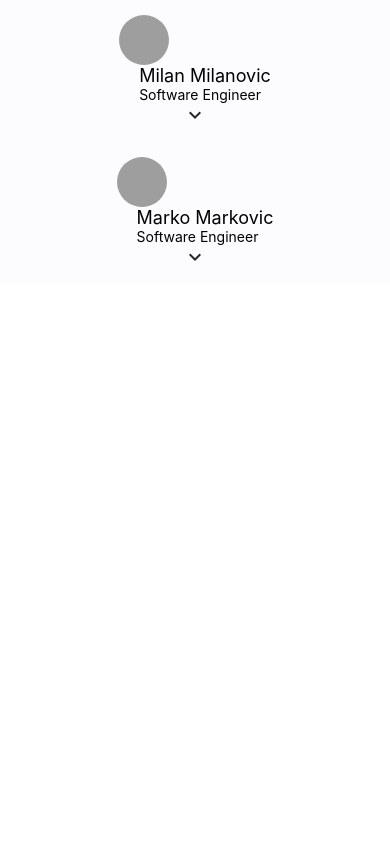
Repository: likanbl/intern-feature
Screen: /
An editor plug-in stored every save of this project. The screen is shown before and after the next save, followed by the edit.
Pictures or frames that could not be fetched are drawn as grey boxes. The app was drawn by React Native's web renderer in a window 390 px wide. The project was rebuilt for these pictures with package versions that can differ from the ones it lists, and the page was loaded fresh each time.

Above is the screen before, as saved 2019-09-16 14:32:48.

### App.js
import React, {Component} from 'react';

import InternScreen from './src/components/intern-feature/InternScreen';

export default class App extends Component {
  render() {
    return <InternScreen></InternScreen>;
  }
}

### src/components/intern-feature/InternScreen.js
import React, {Component} from 'react';
import {View, FlatList, Text, StyleSheet} from 'react-native';
import Data from './InternData';
import {InternItems} from './InternItems';

export default class InterScreen extends Component {
  renderItem = ({item}) => <InternItems item={item} />;

  render() {
    return (
      <View>
        <FlatList
          data={Data}
          renderItem={this.renderItem}
          keyExtractor={Data.id}
        />
      </View>
    );
  }
}

### src/components/intern-feature/InternData.js
export default [
  {
    Name: 'Milan Milanovic',
    role: 'Software Engineer',
    additionalInfo:
      'Lorem ipsum dolor sit amet, consectetur adipiscing elit, sed do eiusmod tempor incididunt ut labore et dolore magna aliqua.',
  },

  {
    Name: 'Marko Markovic',
    role: 'Software Engineer',
    additionalInfo:
      'Lorem ipsum dolor sit amet, consectetur adipiscing elit, sed do eiusmod tempor incididunt ut labore et dolore magna aliqua.',
  },
];

### src/components/intern-feature/InternItems.js
import React, {Component, useState} from 'react';
import {View, Text, Image, TouchableWithoutFeedback} from 'react-native';
import PropTypes from 'prop-types';
import {images} from '../../assets/images';
import {Avatar, Icon} from 'react-native-elements';
import styles from './styles';

const propTypes = {
  item: PropTypes.object,
};

export function InternItems(props) {
  const [isOpen, setIsOpen] = useState(false);

  return (
    <View style={styles.card}>
      <View style={styles.cardContainer}>
        <TouchableWithoutFeedback
          onPress={() => {
            setIsOpen(!isOpen);
          }}>
          <View style={styles.titleContainer}>
            <View style={styles.avatarView}>
              <Avatar
                size="medium"
                rounded
                source={{
                  uri:
                    'https://s3.amazonaws.com/uifaces/faces/twitter/ladylexy/128.jpg',
                }}
              />
            </View>
            <View style={styles.titleView}>
              <Text style={styles.title}>{props.item.Name}</Text>
              <Text style={styles.role}>{props.item.role}</Text>
              <Text style={styles.role}>{props.item.skills}</Text>
            </View>
            <Icon name={isOpen ? 'keyboard-arrow-up' : 'keyboard-arrow-down'} />
          </View>
        </TouchableWithoutFeedback>
        {isOpen && (
          <View style={styles.titleContainer}>
            <Text style={styles.description}>{props.item.additionalInfo}</Text>
          </View>
        )}
      </View>
    </View>
  );
}

InternItems.propTypes = propTypes;

### src/assets/images.js
export const images = {
  expand: require('../../resources/expand.png'),
  close: require('../../resources/close.png'),
};

### src/components/intern-feature/styles.js
import {StyleSheet} from 'react-native';

export default StyleSheet.create({
  card: {
    flex: 1,
    padding: 15,
    backgroundColor: '#FCFCFF',
  },
  cardContainer: {
    flex: 1,
    flexDirection: 'column',
    elevation: 1,
    borderRadius: 5,
    backfaceVisibility: 'hidden',
    backgroundColor: 'white',

    padding: 15,
  },
  avatarView: {
    flex: 1,
    alignItems: 'flex-start',
    justifyContent: 'center',
  },
  titleView: {
    flex: 2,
    alignItems: 'flex-start',
    justifyContent: 'center',
    marginLeft: 20,
  },

  cardContainer: {
    flexDirection: 'row',
    justifyContent: 'space-around',
    alignItems: 'center',
  },
  title: {
    flex: 1,
    fontSize: 18,
  },
  role: {
    flex: 1,
    fontSize: 14,
  },
  description: {
    flex: 1,
    fontSize: 22,
    color: 'gray',
    paddingTop: 10,
  },
  image: {
    width: 20,
    height: 20,
  },
});

After the next save:
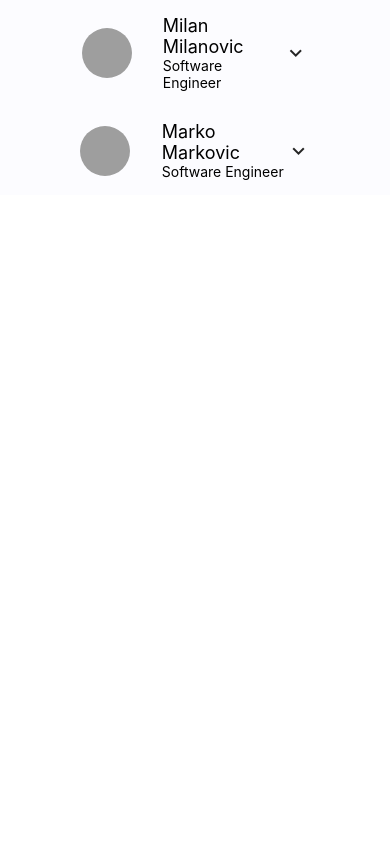
Saved 12 s later.
--- a/src/components/intern-feature/InternItems.js
+++ b/src/components/intern-feature/InternItems.js
@@ -19,7 +19,7 @@ export function InternItems(props) {
           onPress={() => {
             setIsOpen(!isOpen);
           }}>
-          <View style={styles.titleContainer}>
+          <View style={styles.cardContainer}>
             <View style={styles.avatarView}>
               <Avatar
                 size="medium"
